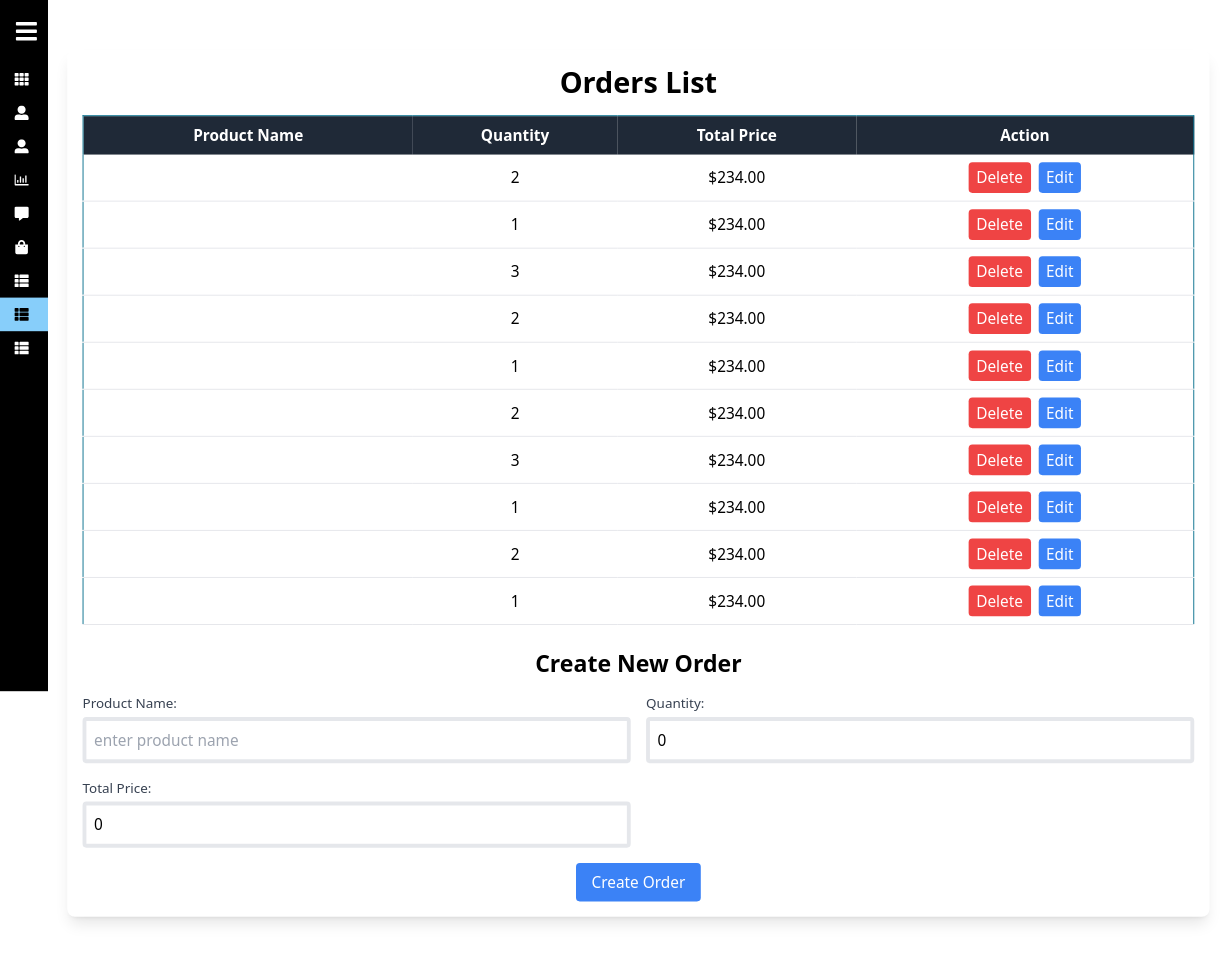
Repository: AndargWorku12/admin-dashboard
Page: /orders
These files come from the project's save history. The page is drawn as it stood at one moment and after the next save; the edit follows.
The browser window is 1280 px wide. The pictures show the whole page, at 96% of full size.
The project was rebuilt for these pictures with package versions that can differ from the ones it lists, and the page was loaded fresh each time. Also part of the build but not shown: src/pages/Dashboard.tsx, src/style/category.css, src/pages/Category.tsx, src/pages/Login.tsx, src/pages/Analytics.tsx, src/pages/CustemerReview.tsx, src/pages/ProductList.tsx, src/pages/ShopCard.tsx and 1 more.

Above is the page before, as saved 2024-01-25 04:07:46.

After the next save:
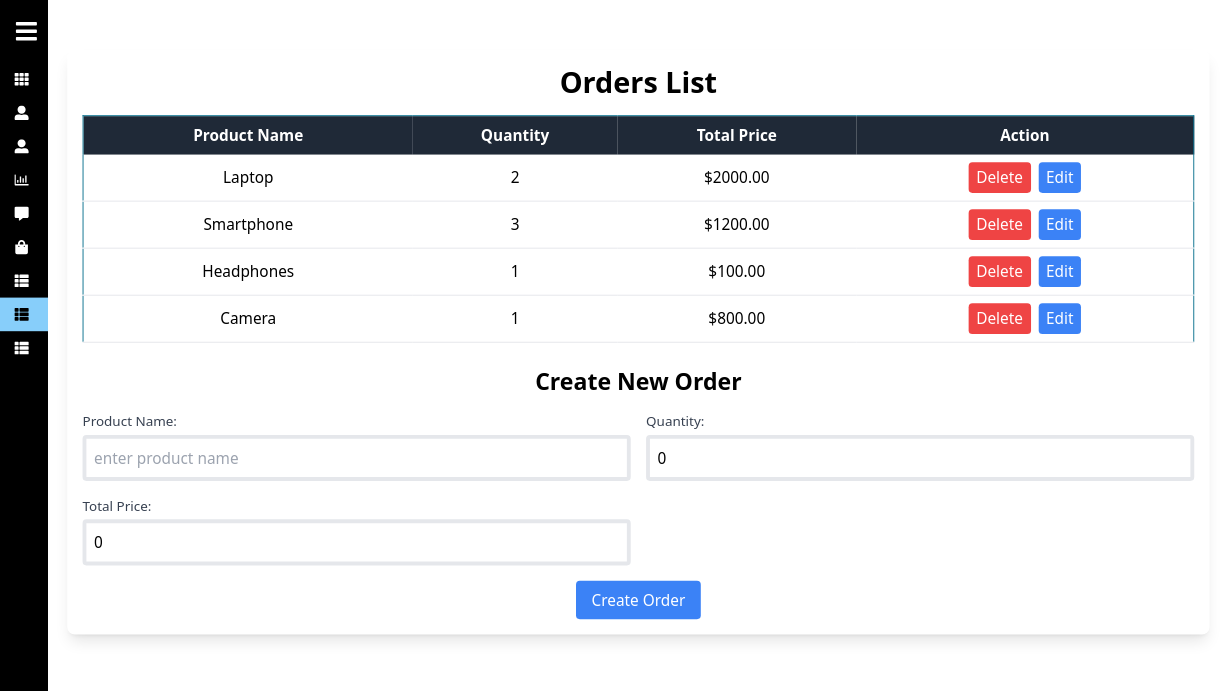
Saved 8 min 59 s later.
--- a/src/App.tsx
+++ b/src/App.tsx
@@ -36,10 +36,11 @@ type Product = {
 };
 
 type Order = {
-  id: string;
-  product: Product;
-  quantity: number;
-  totalPrice: number;
+    id: string;
+    productName: string;
+    quantity: number;
+    totalPrice: number;
+
 };
 
 type CategoryType = {
@@ -221,16 +222,30 @@ const handleDeleteCategory = (categoryId: string) => {
 
 
    const [orders, setOrders] = useState<Order[]>([
-    { id: '1', product: products[0], quantity: 2, totalPrice: 234 },
-    { id: '2', product: products[2], quantity: 1, totalPrice: 234 },
-    { id: '3', product: products[4], quantity: 3, totalPrice: 234 },
-    { id: '4', product: products[6], quantity: 2, totalPrice: 234 },
-    { id: '5', product: products[8], quantity: 1, totalPrice: 234 },
-    { id: '6', product: products[1], quantity: 2, totalPrice: 234 },
-    { id: '7', product: products[3], quantity: 3, totalPrice: 234 },
-    { id: '8', product: products[5], quantity: 1, totalPrice: 234 },
-    { id: '9', product: products[7], quantity: 2, totalPrice: 234 },
-    { id: '10', product: products[9], quantity: 1, totalPrice: 234 },
+    {
+      id: '1',
+      productName: 'Laptop',
+      quantity: 2,
+      totalPrice: 2000,
+    },
+    {
+      id: '2',
+      productName: 'Smartphone',
+      quantity: 3,
+      totalPrice: 1200,
+    },
+    {
+      id: '3',
+      productName: 'Headphones',
+      quantity: 1,
+      totalPrice: 100,
+    },
+    {
+      id: '4',
+      productName: 'Camera',
+      quantity: 1,
+      totalPrice: 800,
+    },
 
    ]);
 
